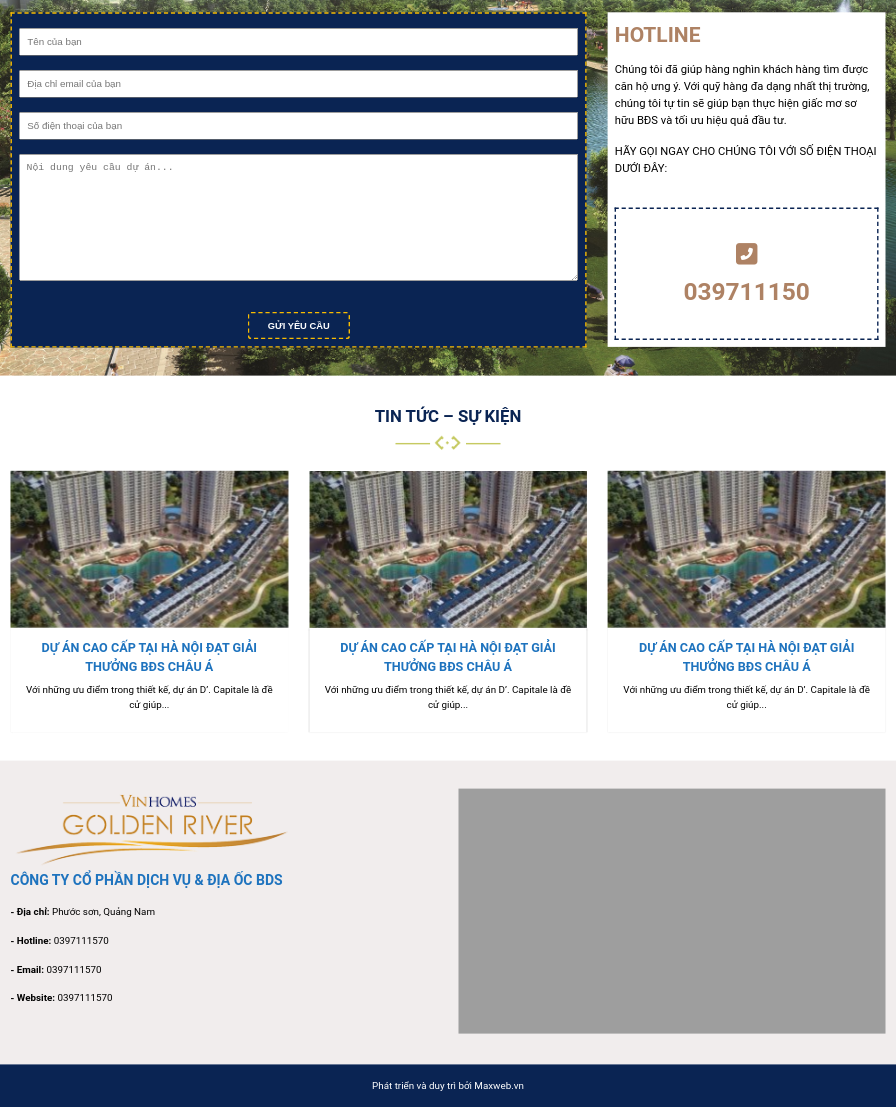
Repository: phamphuc2/fontend-bds
Page: index.html
An editor plug-in stored every save of this project. The page is shown before and after the next save, followed by the edit.
The browser window is 1280 px wide. The pictures show the part of the page from y = 2311 to 4231 px (the page is 3893 px tall before and 4231 px after), at 70% of full size.
Pictures or frames that could not be fetched are drawn as grey boxes. Backgrounds fixed to the window are drawn as part of the page. Some web libraries are served in a nearby version.

Above is the page before, as saved 2022-06-13 09:34:26.

After the next save:
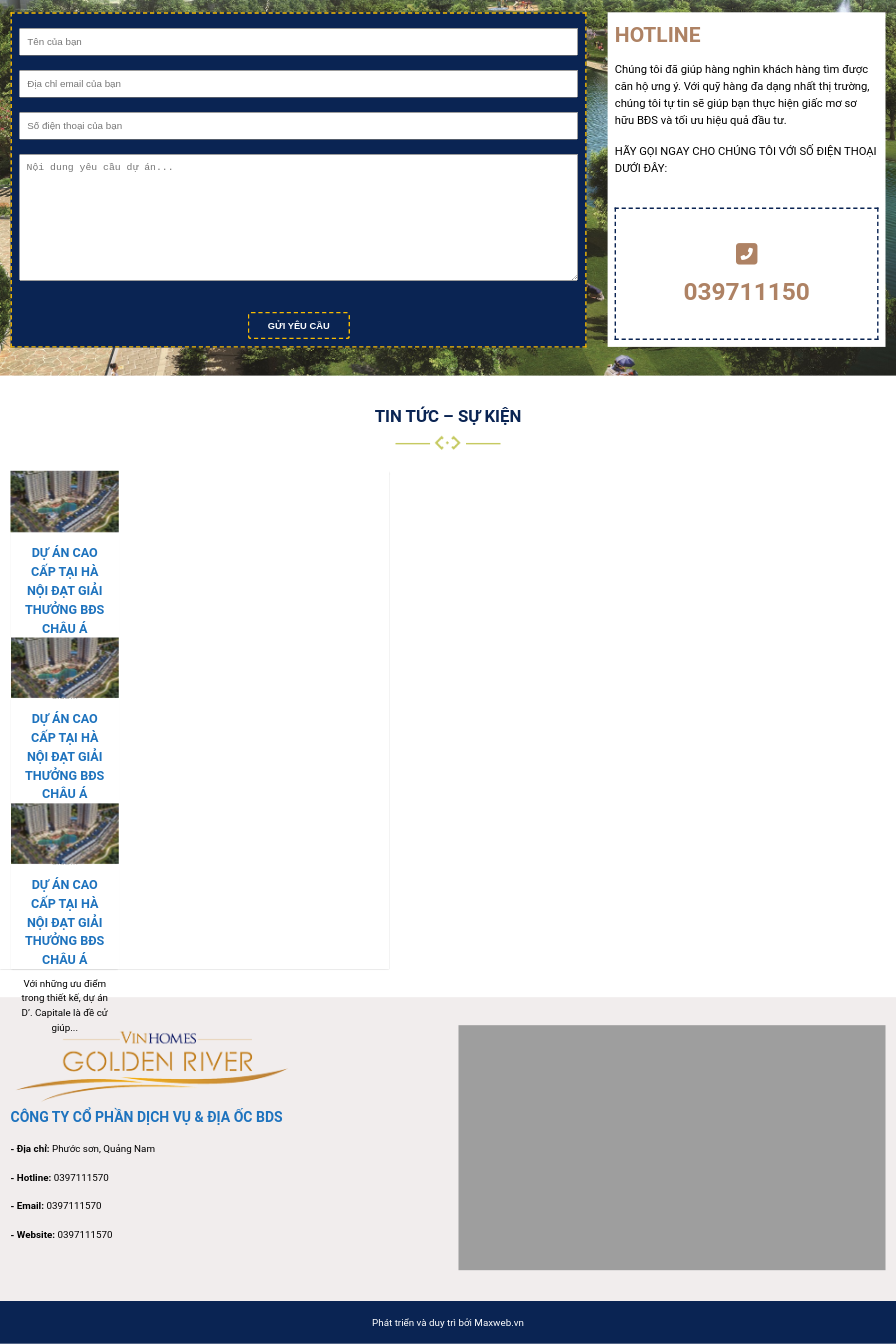
Saved 29 s later.
--- a/index.html
+++ b/index.html
@@ -359,6 +359,7 @@
                             <div class="is-drive"></div>
                         </div>
                     </div>
+                   <div class="box-item">
                     <div class="col-lg-4 box-new">
                         <a href="" class="box-item">
                             <div class="img-wrap">
@@ -392,6 +393,7 @@
                             </div>
                         </a>
                     </div>
+                   </div>
                </div>
             </div>
         </section>

After the 2 saves that followed:
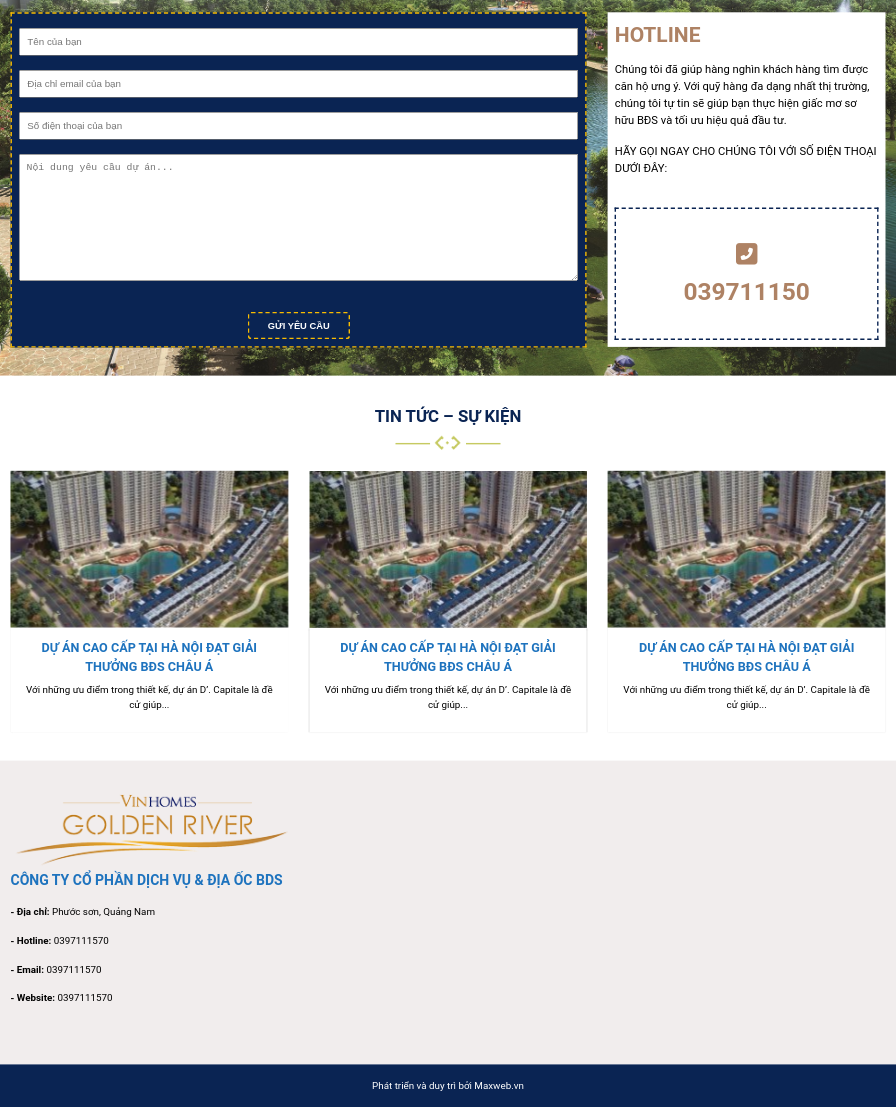
The 2 saves are shown as one change because 1 left the picture as it was.
The last was saved 59 s later.
--- a/index.html
+++ b/index.html
@@ -359,7 +359,8 @@
                             <div class="is-drive"></div>
                         </div>
                     </div>
-                   <div class="box-item">
+               </div>
+               <div class="row box-item-new">
                     <div class="col-lg-4 box-new">
                         <a href="" class="box-item">
                             <div class="img-wrap">
@@ -393,7 +394,6 @@
                             </div>
                         </a>
                     </div>
-                   </div>
                </div>
             </div>
         </section>
